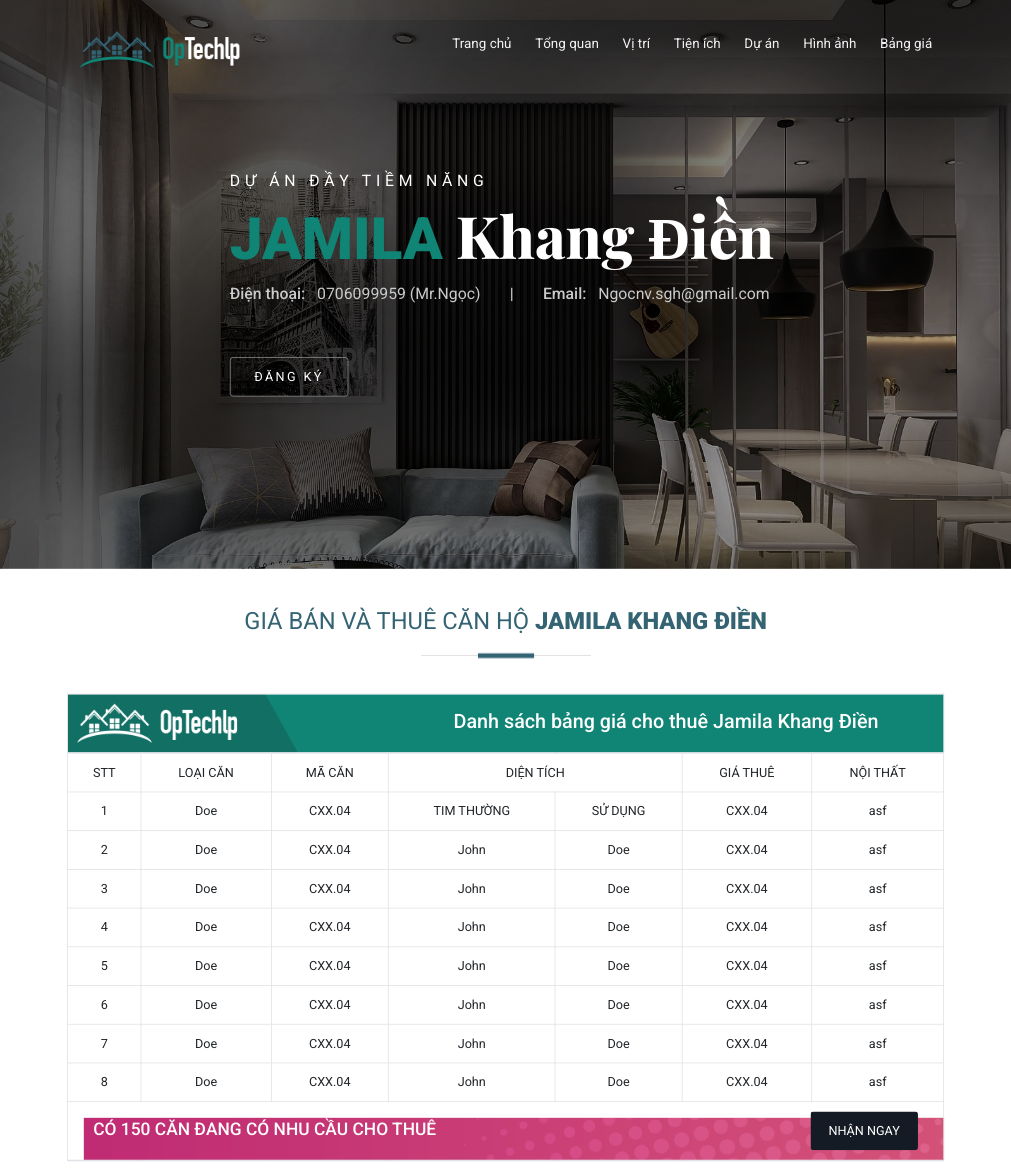
Repository: phunobi1807/Myweb
Page: index.html
An editor plug-in stored every save of this project. The page is shown before and after the next save, followed by the edit.
The browser window is 1280 px wide. The pictures show the whole page, at 79% of full size.
Some web fonts or font styles are not loaded; a fallback is used.

Above is the page before, as saved 2021-05-14 14:38:34.

### index.html
<!DOCTYPE html>
<html lang="en">

<head>
    <meta charset="UTF-8">
    <meta http-equiv="X-UA-Compatible" content="IE=edge">
    <meta name="viewport" content="width=device-width, initial-scale=1.0">
    <link rel="stylesheet" type="text/css" href="./css/style.css">
    <title>JAMILA Khang Điền</title>
</head>

<body>
    <header>
        <a href="#" class="logo">
            <img src="./image/logo-banner.png" alt="logo">
        </a>
        <div class="menuToggle" onclick="toggleMenu"></div>
        <ul class="navigation">
            <li><a href="#" onclick="toggleMenu">Trang chủ</a></li>
            <li><a href="#" onclick="toggleMenu">Tổng quan</a></li>
            <li><a href="#" onclick="toggleMenu">Vị trí</a></li>
            <li><a href="#" onclick="toggleMenu">Tiện ích</a></li>
            <li><a href="#" onclick="toggleMenu">Dự án</a></li>
            <li><a href="#" onclick="toggleMenu">Hình ảnh</a></li>
            <li><a href="#" onclick="toggleMenu">Bảng giá</a></li>
        </ul>
    </header>
    <section class="banner" id="banner">
        <div class="content">
            <p class="title">dự án đầy tiềm năng</p>
            <h3><strong>JAMILA</strong> Khang Điền</h3>
            <div class="content-contact">
                <p class="phone">Điện thoại: <span class="number-phone">0706099959 (Mr.Ngọc)</span></p>
                <div class="gachgiua">|</div>
                <p class="email">Email: <span class="email">Ngocnv.sgh@gmail.com</span></p>
            </div>
            <div class="input">
                <input type="button" class="btn btn-outline" value="Đăng ký">
            </div>
        </div>
    </section>
    <section class="price-apartment mt-5">
        <div class="container text-center">
            <div class="list-price-apartment">
                <h1>giá bán và thuê căn hộ <span>jamila khang điền</span></h1>
                <div class="gach-chan">
                    <div class="gachchan"></div>
                </div>
                <table class="table table-bordered mt-5">
                    <thead>
                        <tr class="top-one">
                            <th colspan="7" style="background-image:url(./image/optechlp.png); background-repeat: no-repeat;">
                                <div class="title-table">
                                    <img src="./image/optechlp1.png" alt="">
                                    <p>Danh sách bảng giá cho thuê Jamila Khang Điền</p>
                                </div>
                            </th>
                        </tr>
                    </thead>
                    <tbody>
                        <tr class="list-title">
                            <td>STT</td>
                            <td>loại căn</td>
                            <td>mã căn</td>
                            <td colspan="2">diện tích
                            </td>
                            <td>giá thuê</td>
                            <td colspan="2">nội thất</td>
                        </tr>
                        <tr>
                            <td>1</td>
                            <td>Doe</td>
                            <td>CXX.04</td>
                            <td>TIM THƯỜNG</td>
                            <td>SỬ DỤNG</td>
                            <td>CXX.04</td>
                            <td>asf</td>
                        </tr>
                        <tr>
                            <td>2</td>
                            <td>Doe</td>
                            <td>CXX.04</td>
                            <td>John</td>
                            <td>Doe</td>
                            <td>CXX.04</td>
                            <td>asf</td>
                        </tr>
                        <tr>
                            <td>3</td>
                            <td>Doe</td>
                            <td>CXX.04</td>
                            <td>John</td>
                            <td>Doe</td>
                            <td>CXX.04</td>
                            <td>asf</td>
                        </tr>
                        <tr>
                            <td>4</td>
                            <td>Doe</td>
                            <td>CXX.04</td>
                            <td>John</td>
                            <td>Doe</td>
                            <td>CXX.04</td>
                            <td>asf</td>
                        </tr>
                        <tr>
                            <td>5</td>
                            <td>Doe</td>
                            <td>CXX.04</td>
                            <td>John</td>
                            <td>Doe</td>
                            <td>CXX.04</td>
                            <td>asf</td>
                        </tr>
                        <tr>
                            <td>6</td>
                            <td>Doe</td>
                            <td>CXX.04</td>
                            <td>John</td>
                            <td>Doe</td>
                            <td>CXX.04</td>
                            <td>asf</td>
                        </tr>
                        <tr>
                            <td>7</td>
                            <td>Doe</td>
                            <td>CXX.04</td>
                            <td>John</td>
                            <td>Doe</td>
                            <td>CXX.04</td>
                            <td>asf</td>
                        </tr>
                        <tr>
                            <td>8</td>
                            <td>Doe</td>
                            <td>CXX.04</td>
                            <td>John</td>
                            <td>Doe</td>
                            <td>CXX.04</td>
                            <td>asf</td>
                        </tr>
                    </tbody>

                    <thead>
                        <tr class="bot-one">
                            <th colspan="7">
                                <div class="bot-table">
                                    <input type="button" class="btn btn-outline" value="nhận ngay">
                                    <p>có 150 căn đang có nhu cầu cho thuê</p>
                                </div>
                            </th>
                        </tr>
                    </thead>
                </table>
            </div>
        </div>
    </section>
    <link rel="stylesheet" href="https://maxcdn.bootstrapcdn.com/bootstrap/4.5.2/css/bootstrap.min.css">
    <script src="https://ajax.googleapis.com/ajax/libs/jquery/3.5.1/jquery.min.js"></script>
    <script src="https://cdnjs.cloudflare.com/ajax/libs/popper.js/1.16.0/umd/popper.min.js"></script>
    <script src="https://maxcdn.bootstrapcdn.com/bootstrap/4.5.2/js/bootstrap.min.js"></script>
    <script type="text/javascript">
        window.addEventListener('scroll', function() {
            const header = document.querySelector('header');
            header.classList.toggle("sticky", window.scrollY > 0);
        });

        function toggleMenu() {
            const menutoggle = document.querySelector('.menuToggle');
            const navigation = document.querySelector('.navigation');
            menuToggle.classList.toggle('active');
            navigation.classList.toggle('active');
        }
    </script>
</body>

</html>
<!-- <script type="text/javascript">
    window.addEventListener('scroll', function() {
        const header = document.querySelector('header');
        header.classList.toggle("sticky", window.scrollY > 0);
    });

    function toggleMenu() {
        const menuToggle = document.querySelector('.menuToggle');
        const navigation = document.querySelector('.navigation');
        menuToggle.classList.toggle('active');
        navigation.classList.toggle('active');
    }
</script> -->

### css/style.css
    @import url(https://fonts.googleapis.com/css2?family=Roboto:wght@100;200;300;400;500;600;800;900&display=swap);
    @import url(https://fonts.googleapis.com/css2?family=Playfair+Display:wght@100;200;300;400;500;600;800;900&display=swap);
    * {
        margin: 0;
        padding: 0;
        box-sizing: border-box;
        font-family: 'Roboto', 'Regular';
        scroll-behavior: smooth;
    }

    body {
        overflow-x: hidden;
    }

    p {
        font-weight: 300;
        color: #ffffff;
    }

    .banner {
        position: relative;
        width: 100%;
        min-height: 100vh;
        display: flex;
        justify-content: center;
        align-items: center;
        background: url('../image/banner.png');
        background-size: cover;
    }

    .banner .content {
        max-width: 900px;
        text-align: left;
    }

    .banner .content p.title {
        font-size: 20px;
        opacity: 100%;
        text-transform: uppercase;
        font-weight: 400;
        letter-spacing: 6px;
        line-height: 20px;
        color: #ffffff;
    }

    .banner .content h3 {
        font-family: 'Playfair Display', serif;
        font-size: 74px;
        font-style: bold;
        font-weight: 700;
        color: #ffffff;
        text-align: left;
    }

    .banner .content h3 strong {
        color: #118575;
    }

    .banner .content .content-contact {
        margin-bottom: 50px;
    }

    .banner .content .content-contact,
    p {
        display: flex;
        color: #cacaca;
        font-size: 20px;
        font-style: bold;
        font-weight: 500;
    }

    .banner .content .content-contact p span {
        padding: 0px 15px;
        font-weight: 400;
        font-style: normal;
        color: #cacaca;
    }

    .banner .content .content-contact .gachgiua {
        padding-right: 15px;
        margin: 0px 22px;
    }

    .banner .content .input input {
        width: 150px;
        height: 50px;
        border: 1px solid;
        /* opacity: 40%; */
        color: #ffffff;
        border-color: #8a8a8a;
        text-transform: uppercase;
        letter-spacing: 3px;
        transition: 0.5s;
    }

    .banner .content .input input:hover {
        width: 160px;
        transition: 0.5s;
        background-color: #118575;
    }

    .banner .content .input input::-ms-value {
        color: red;
    }

    header {
        position: fixed;
        top: 0;
        left: 0;
        width: 100%;
        padding: 40px 100px;
        z-index: 10;
        display: flex !important;
        justify-content: space-between;
        align-items: center;
        transition: 0.5s;
    }

    header.sticky {
        background: rgb(43, 43, 43);
        padding: 10px 100px;
        box-shadow: 0 5px 20px rgba(0, 0, 0, 0.05);
    }

    header.sticky ul {
        margin-top: 14px;
        line-height: 14px;
    }

    header .navigation {
        position: relative;
        display: flex;
    }

    header .navigation li {
        list-style-type: none;
        margin-left: 30px;
    }

    header .navigation li a {
        opacity: 100%;
        font-size: 17px;
        text-decoration: none;
        color: #f2f2f2;
        line-height: 20px;
    }

    header.sticky .navigation li a {
        color: #fff;
    }

    header .navigation li a:hover {
        color: #118575;
        letter-spacing: 3px;
        transition: 1s;
        text-transform: uppercase;
    }
    /* giá bán căn hộ trong bảng  */

    .price-apartment h1 {
        font-size: 30px;
        text-transform: uppercase;
        font-weight: 400;
        color: #346473;
    }

    .price-apartment h1 span {
        font-weight: 900;
    }

    .price-apartment .gach-chan {
        border-bottom: 1px solid #d7d7d7;
        width: 215px;
        margin-left: 28rem;
        z-index: 1;
        margin-top: 25px;
    }

    .price-apartment .gachchan {
        position: absolute;
        border: 3px solid #346473;
        width: 71px;
        margin-left: 4.5rem;
        z-index: 10;
        margin-top: -2.5px;
    }

    .price-apartment .title-table {
        display: flex;
        justify-content: space-between;
    }

    .price-apartment .title-table img {}

    .price-apartment .title-table p {
        line-height: 21px;
        margin-top: 12px;
        padding: 0px 70px;
        font-style: bold;
        color: #fff;
        font-size: 25px;
    }

    .price-apartment table tr.list-title {
        text-transform: uppercase;
    }

    .price-apartment table thead tr.top-one {
        background-color: #118575;
    }

    .price-apartment table thead .bot-table {
        display: flex;
        justify-content: space-between;
        flex-direction: row-reverse;
    }

    .price-apartment table thead .bot-table p {
        line-height: 21px;
        margin-top: 12px;
        padding: 0px 70px;
        font-style: bold;
        color: #fff;
        font-size: 22px;
        text-transform: uppercase;
        margin-left: -50px;
    }

    .price-apartment table thead .bot-table .btn {
        background-color: #151b24;
        color: #ffffff;
        text-transform: uppercase;
        padding: 0px 22px;
        margin-right: 20px;
    }

    .price-apartment table thead tr.bot-one {
        background-image: url(../image/bannerpink.png) !important;
    }
    /* end giá bán căn hộ trong bảng  */

After the next save:
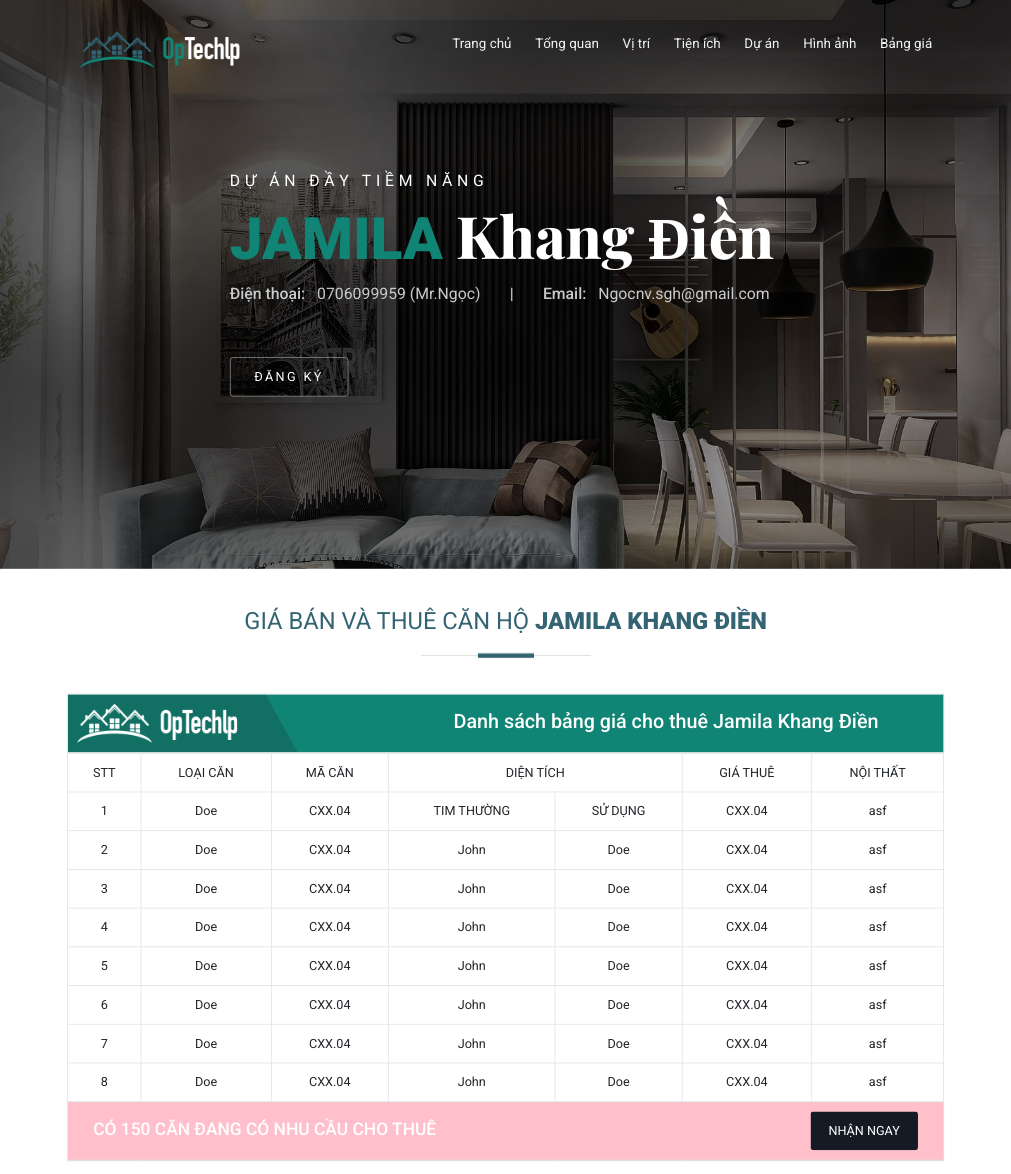
Saved 13 s later.
--- a/css/style.css
+++ b/css/style.css
@@ -235,6 +235,6 @@
     }
 
     .price-apartment table thead tr.bot-one {
-        background-image: url(../image/bannerpink.png) !important;
+        background-color: pink;
     }
     /* end giá bán căn hộ trong bảng  */
